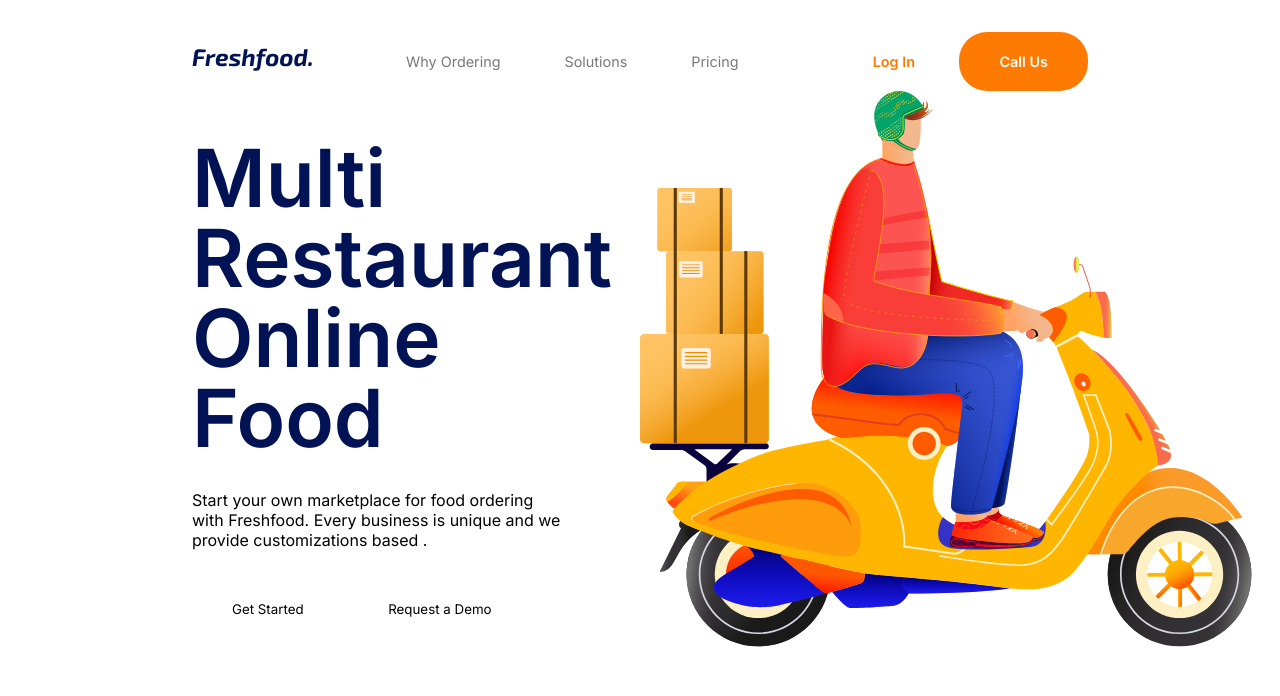
Repository: badhon252/FreshFood
Page: index.html
These files come from the project's save history. The page is drawn as it stood at one moment and after the next save; the edit follows.
The browser window is 1280 px wide. The pictures show the whole page.
The style sheet was rebuilt from its Sass, Less or Tailwind sources for each picture, by a compiler version that may differ from the author's.

Above is the page before, as saved 2022-09-06 00:29:17.

### index.html
<!DOCTYPE html>
<html lang="en">

<head>
    <meta charset="UTF-8">
    <meta http-equiv="X-UA-Compatible" content="IE=edge">
    <meta name="viewport" content="width=device-width, initial-scale=1.0">
    <link rel="stylesheet" href="./scss/style.css">
    <title>Document</title>
</head>

<body>
    <header class="container">
        <nav class="navbar">
            <div class="navbar-brand">
                <img src="./images/Freshfood.svg" alt="">
            </div>
            <ul class="navs">
                <li class="nav-item"><a href="" class="nav-link">Why Ordering</a></li>
                <li class="nav-item"><a href="" class="nav-link">Solutions</a></li>
                <li class="nav-item"><a href="" class="nav-link">Pricing</a></li>
            </ul>
            <div class="logs">
                <button class="btn">Log In</button>
                <button class="btn call">Call Us</button>
            </div>
        </nav>

        <div class="header-content">
            <div class="row">
                <div class="col-md-6">
                    <h1>Multi Restaurant <br> Online Food</h1>
                    <p>Start your own marketplace for food ordering <br> with Freshfood. Every business is unique and we
                        <br>
                        provide customizations
                        based .</p>
                    <button class="btn">Get Started</button>
                    <button class="btn">Request a Demo</button>
                </div>
                <div class="col-md-6"><img src="./images/Group 5402.svg" alt=""></div>
            </div>
        </div>

    </header>
</body>

</html>

### scss/style.scss
@import url("https://fonts.googleapis.com/css2?family=Inter:wght@400;600;700;800;900&display=swap");
* {
  margin: 0%;
  padding: 0%;
  box-sizing: border-box;
  font-family: "Inter", sans-serif;
}

.container {
  margin: 2rem 12rem;
}
.btn {
  outline: none;
  border: none;
  padding: 1.2rem 2.5rem;
  background-color: transparent;
}

.row {
  display: flex;
  justify-content: space-between;
  align-items: center;
  max-width: 100%;
  .col-md-6 {
    max-width: 50%;
  }
}

h1 {
  font-weight: 600;
  font-size: 60px;
  line-height: 80px;
  /* or 133% */

  color: #011255;
}
//=====
//=====
//=====
.navbar {
  display: flex;
  justify-content: space-between;
  align-items: center;
  ul {
    display: flex;
    li {
      margin: 1rem 2rem;
      list-style-type: none;
      .nav-link {
        text-decoration: none;
        color: black;
        font-weight: 500;
        font-size: 0.9rem;
        line-height: 21px;
        /* identical to box height */

        text-align: center;

        color: #787878;
      }
    }
  }

  .btn {
    font-weight: 500;
    font-size: 0.9rem;
    line-height: 21px;
    /* identical to box height */
    font-weight: 600;
    color: #ff7a00;
  }
  .call {
    background: #ff7a00;
    border-radius: 28px;
    color: #fff;
  }
}

.header-content {
  h1 {
    font-size: 5rem;
    margin: 2rem 0;
  }
  p {
    font-size: 1rem;
    margin: 2rem 0;
  }
}

After the next save:
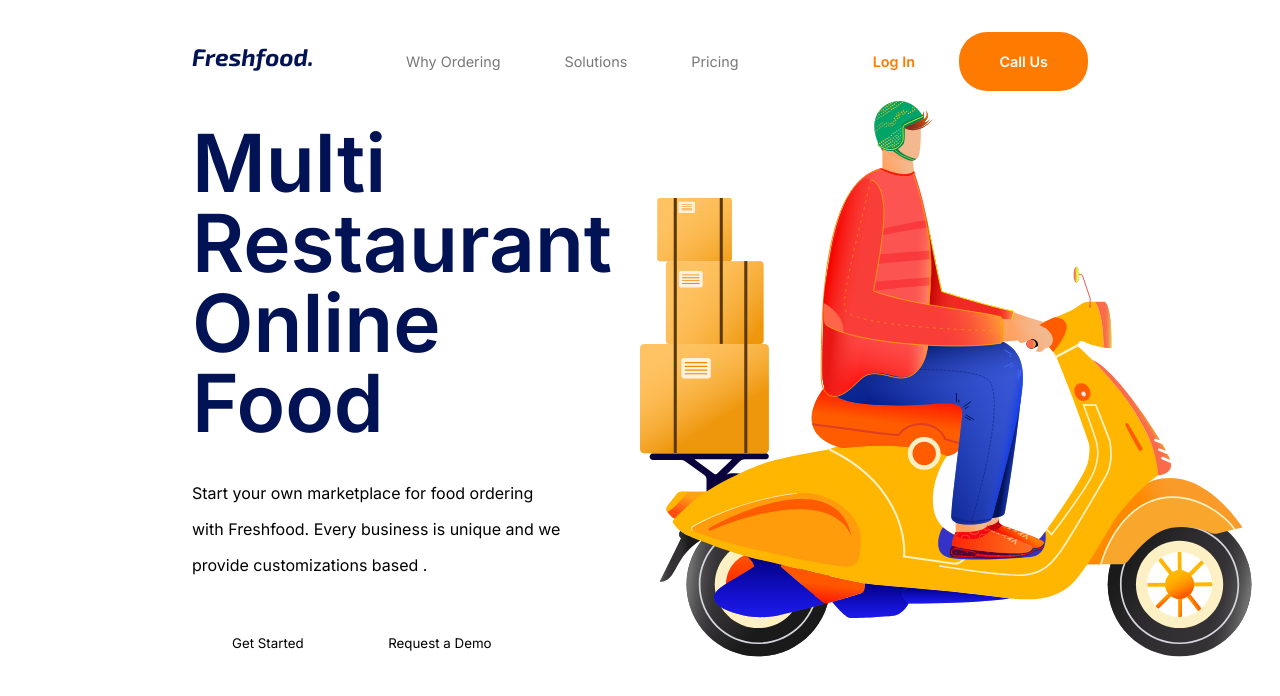
Saved 24 s later.
--- a/scss/style.scss
+++ b/scss/style.scss
@@ -84,5 +84,6 @@
   p {
     font-size: 1rem;
     margin: 2rem 0;
+    line-height: 36px;
   }
 }
